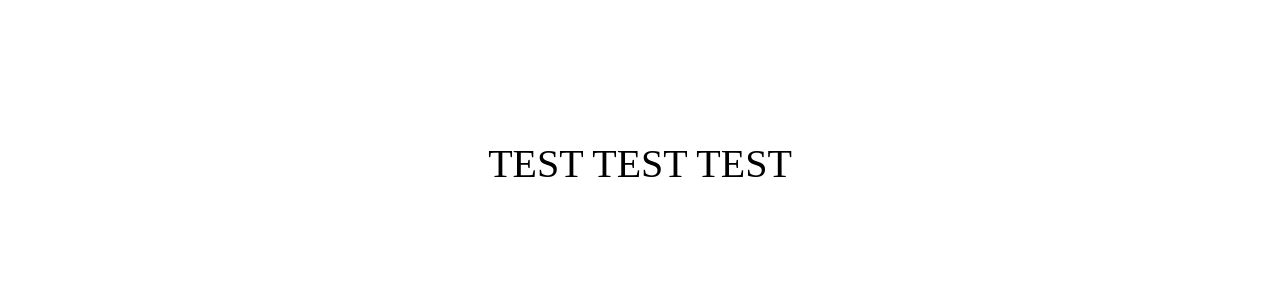
Repository: dreadlocker/testingOnPhones
Page: index.html
The author's editor kept a copy of each file at every save. The page is drawn from the files as they stood at one save, then again after the next save.
The browser window is 1280 px wide. The pictures show the whole page.

Above is the page before, as saved 2018-06-01 16:11:54.

After the next save:
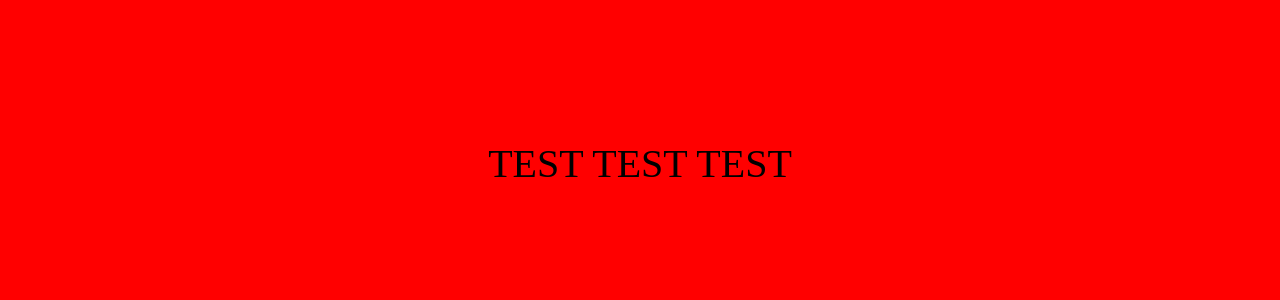
Saved 2 min 56 s later.
--- a/index.html
+++ b/index.html
@@ -3,13 +3,16 @@
 
 <head>
     <meta charset="UTF-8">
-    <meta name="viewport" content="width=device-width, initial-scale=1.0">
+    <!-- <meta name="viewport" content="width=device-width, initial-scale=1.0"> -->
     <!-- <meta name="viewport" content="width=device-width, initial-scale=1.0, maximum-scale=1.0, user-scalable=0" /> -->
     <!-- <meta name="viewport" content="width=640px, initial-scale=.5, maximum-scale=.5" /> -->
     <!-- <meta name="viewport" content="width=device-width, initial-scale=1.0, maximum-scale=1.0, user-scalable=no" /> -->
     <!-- <meta name="viewport" content="width=640px, initial-scale=.5, maximum-scale=.5" /> -->
     <!-- <meta name="viewport" content="width=device-width, initial-scale=1.0, maximum-scale=1"> -->
     <!-- <meta name="viewport" content="width=device-width, initial-scale=1.0, maximum-scale=1.0, user-scalable=no" /> -->
+    <meta name="viewport" content="width=device-width, initial-scale=1.0,
+minimum-scale=1.0, maximum-scale=1.0, user-scalable=no">
+    <meta name="HandheldFriendly" content="true">
     <meta http-equiv="X-UA-Compatible" content="ie=edge">
     <script src="https://ajax.googleapis.com/ajax/libs/jquery/3.3.1/jquery.min.js"></script>
     <title>Safari on iPhone X</title>
@@ -19,16 +22,19 @@
     <p style="text-align: center; font-size: 40px; padding-top: 100px;">TEST TEST TEST </p>
 
     <script>
-        document.addEventListener('touchmove', function (event) {
-            event = event.originalEvent || event;
-            if (event.scale > 1) {
-                event.preventDefault();
-            }
-        }, false);
         // document.addEventListener('gesturestart', function (e) {
         //     e.preventDefault();
         // });
     </script>
+    <style>
+        html {
+            -webkit-text-size-adjust: none
+        }
+
+        body {
+            background-color: red;
+        }
+    </style>
 </body>
 
 </html>
